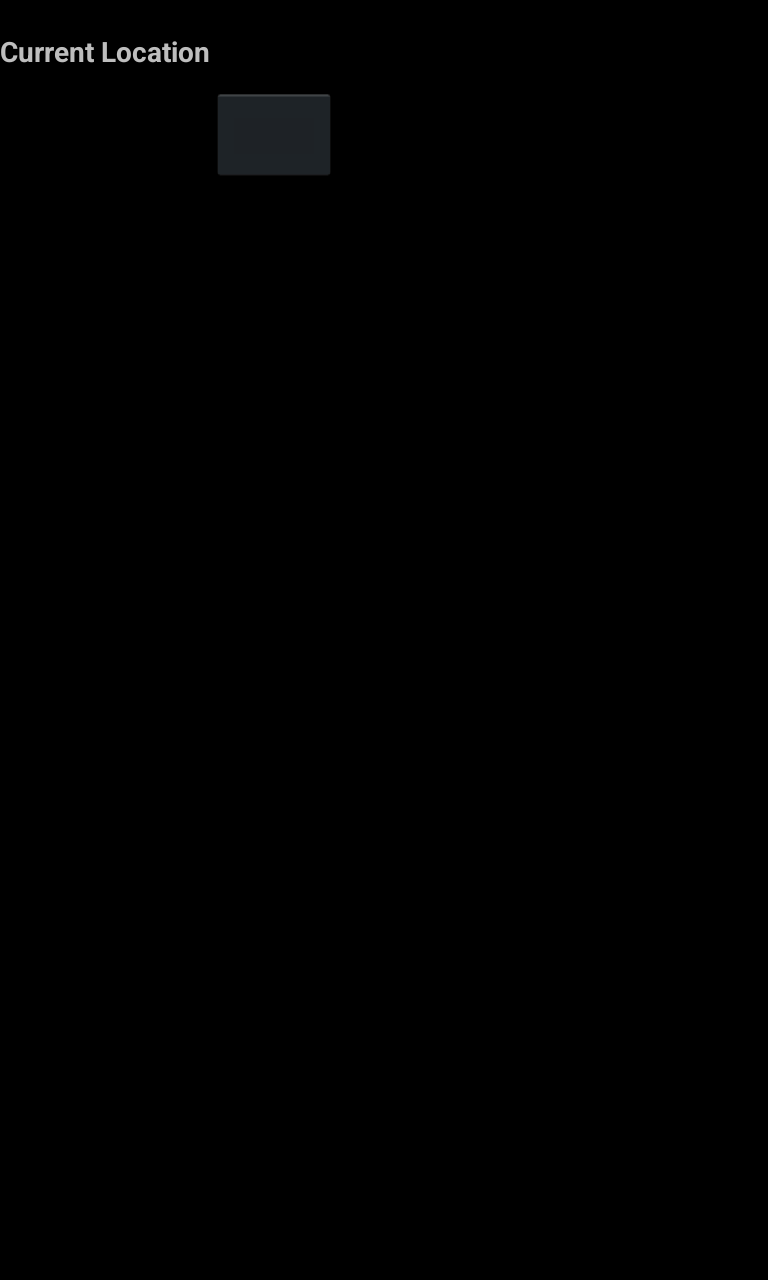
Repository: PhoenixNguyen/Graduate_Project
Layout: Client/LocationFromGPS/res/layout/activity_main.xml
An editor plug-in stored every save of this project. The layout is shown before and after a run of saves, followed by the edit.
It is drawn on a 768 x 1280 px phone screen (xhdpi) without system bars, with theme AppTheme; the app's code is not run.

Above is the layout before, as saved 2014-01-07 19:51:25.

After the next 4 saves:
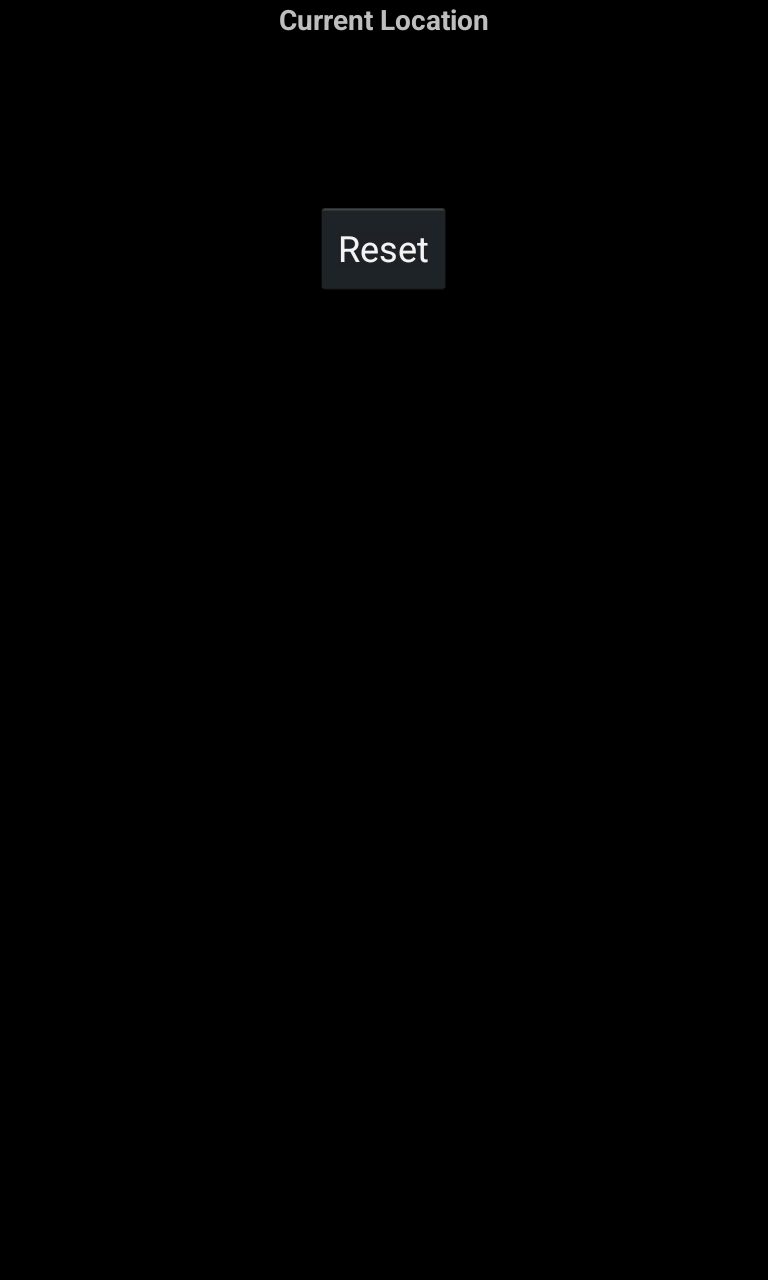
The 4 saves are shown as one change because 3 did not build or start.
The last was saved 5 min 23 s later.
--- a/Client/LocationFromGPS/res/layout/activity_main.xml
+++ b/Client/LocationFromGPS/res/layout/activity_main.xml
@@ -1,4 +1,4 @@
-<LinearLayout xmlns:android="http://schemas.android.com/apk/res/android"
+<RelativeLayout xmlns:android="http://schemas.android.com/apk/res/android"
     xmlns:tools="http://schemas.android.com/tools"
     android:layout_width="match_parent"
     android:layout_height="match_parent" >
@@ -31,6 +31,8 @@
         android:layout_height="wrap_content"
         android:layout_below="@+id/tv_latitude"
         android:layout_centerHorizontal="true"
-        android:layout_marginTop="43dp" />
+        android:layout_marginTop="43dp"
+        android:text="@string/reset"
+        />
 
-</LinearLayout>
+</RelativeLayout>
--- a/Client/LocationFromGPS/res/values/strings.xml
+++ b/Client/LocationFromGPS/res/values/strings.xml
@@ -4,4 +4,5 @@
     <string name="menu_settings">Settings</string>
     <string name="title_activity_main">Location From GPS</string>
     <string name="str_tv_location">Current Location</string>
+    <string name="reset">Reset</string>
 </resources>
